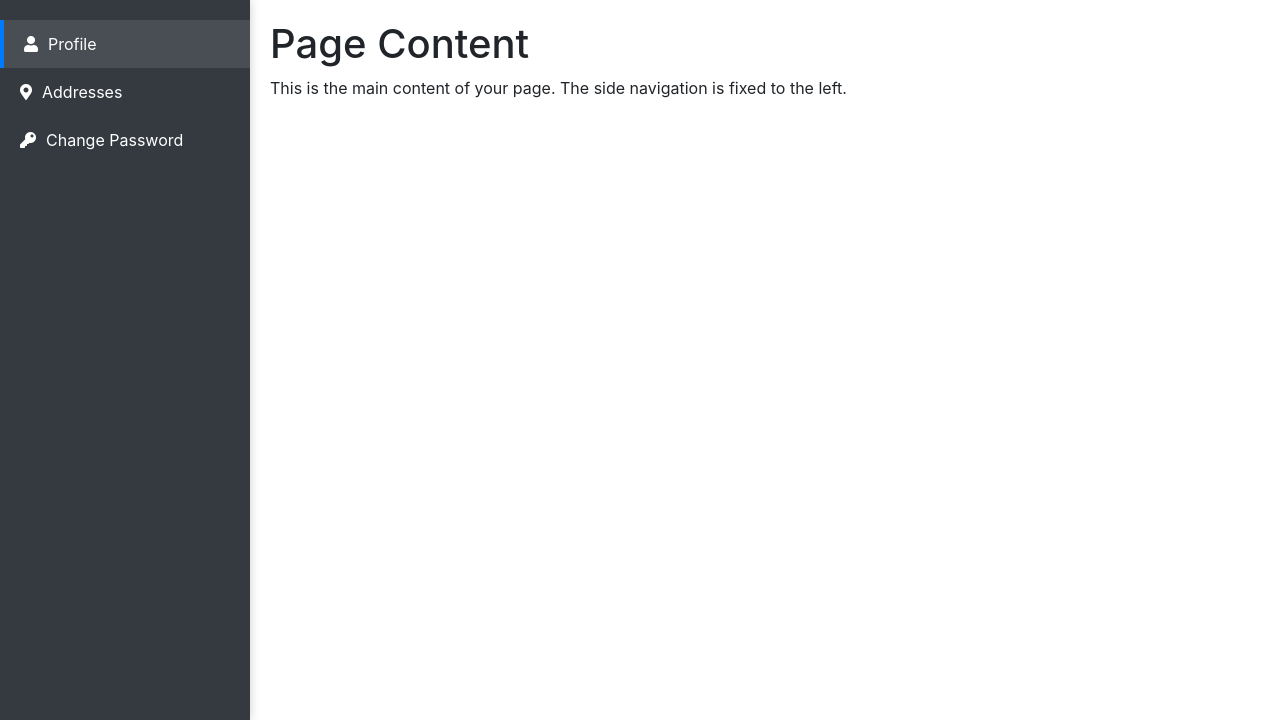
Repository: Darkrepo23/Ecommerce-Manalastas-project
Page: profile-settings.html
These files come from the project's save history. The page is drawn as it stood at one moment and after the next save; the edit follows.
The browser window is 1280 px wide. The pictures show the whole page.
Some web libraries are served in a nearby version.

Above is the page before, as saved 2026-01-04 08:46:25.

After the next save:
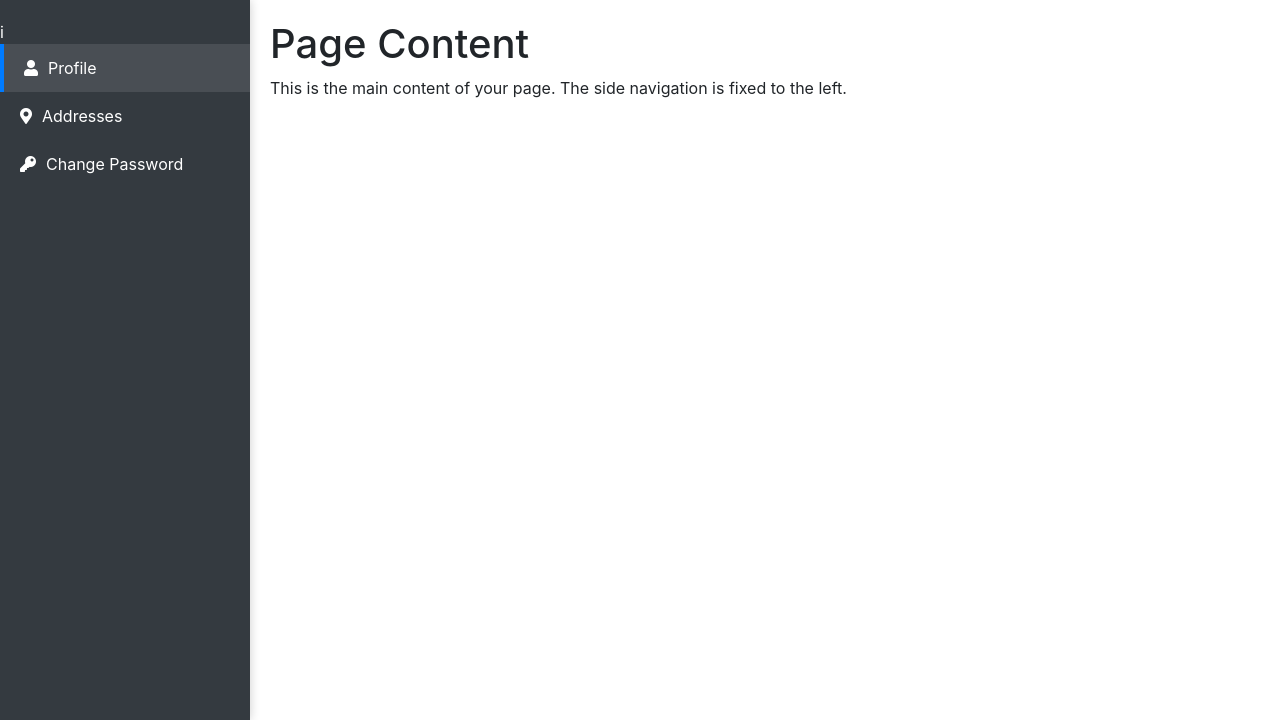
Saved 6 s later.
--- a/profile-settings.html
+++ b/profile-settings.html
@@ -56,7 +56,7 @@
 
   <!-- Side Navigation -->
   <div class="sidebar">
-
+  i
   <a href="#" class="active"><i class="fas fa-user"></i>Profile</a>
   <a href="#"><i class="fas fa-map-marker-alt"></i>Addresses</a>
   <a href="#"><i class="fas fa-key"></i>Change Password</a>
